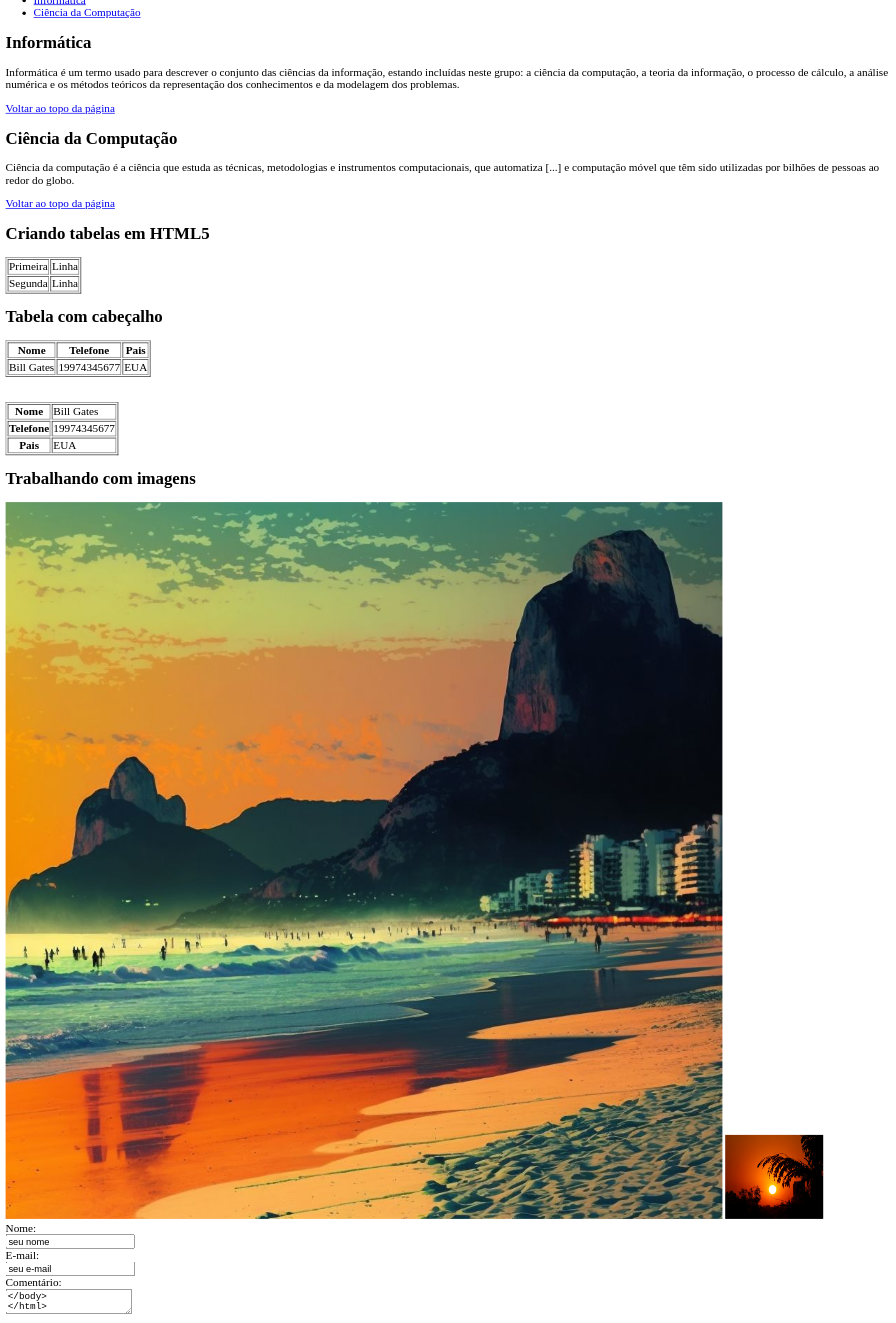
Repository: Thichi99/BootcampGen75
Page: Familia75/index.html
An editor plug-in stored every save of this project. The page is shown before and after a run of saves, followed by the edit.
The browser window is 1280 px wide. The pictures show the part of the page from y = 895 to 2815 px (the page is 2785 px tall before and 2815 px after), at 70% of full size.

Above is the page before, as saved 2024-07-26 12:15:28.

After the next 5 saves:
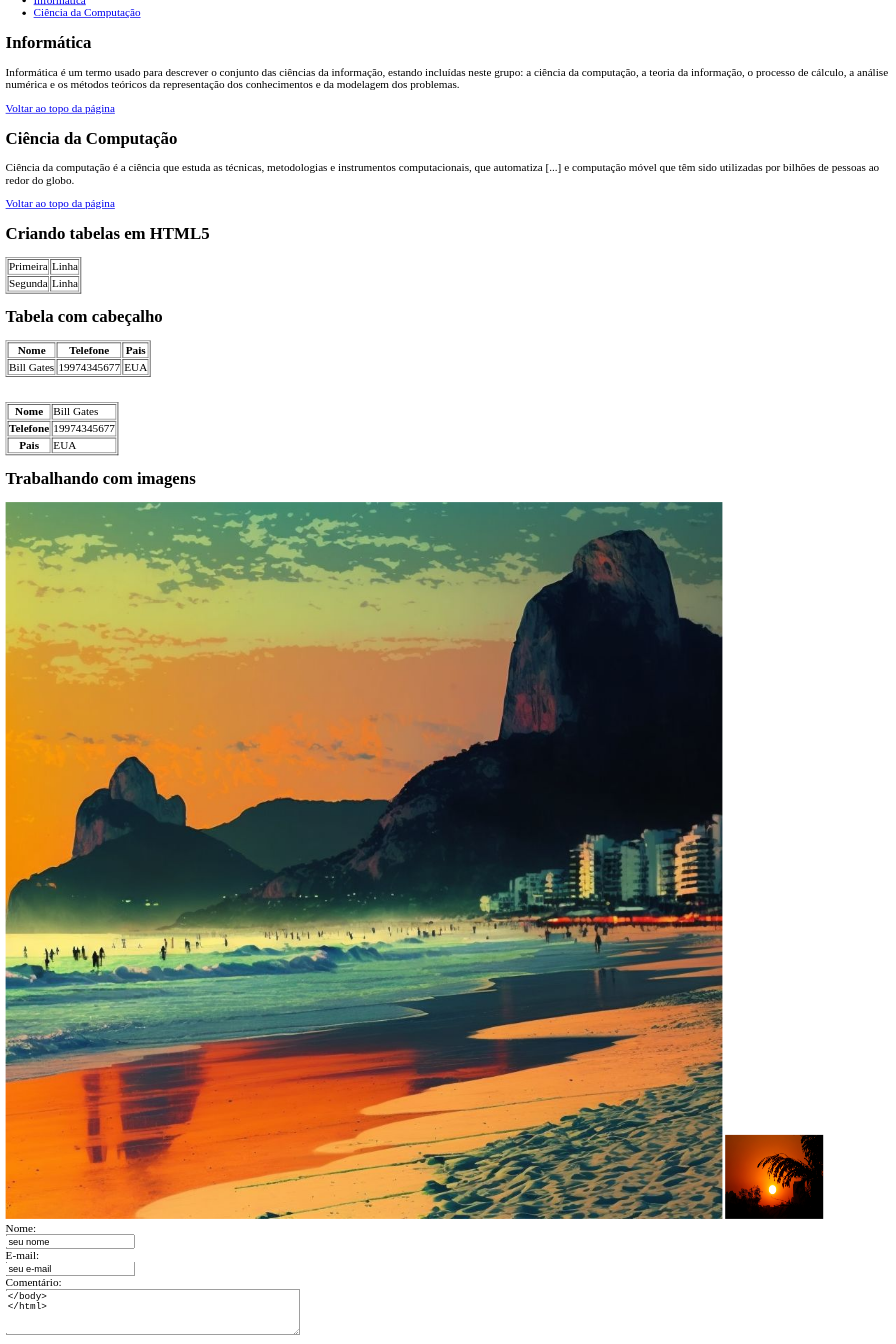
The 5 saves are shown as one change because they came seconds apart.
The last was saved 28 s later.
--- a/Familia75/index.html
+++ b/Familia75/index.html
@@ -131,7 +131,7 @@ pessoas ao redor do globo.
         E-mail: <br>
         <input type="email" name="mail" value="seu e-mail"><br>
         Comentário: <br>
-        <textarea
+        <textarea rows="4" cols="50"
    </form>
 </body>
 </html>
